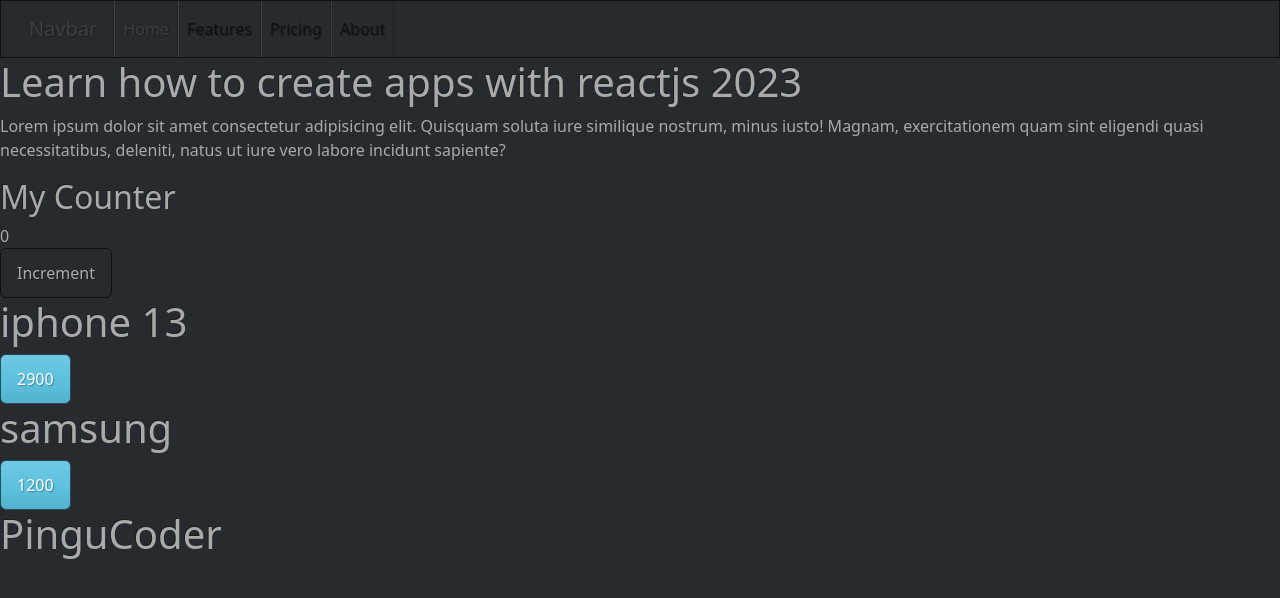
Repository: chanwarichawki/React-BC
Page: /
An editor plug-in stored every save of this project. The page is shown before and after the next save, followed by the edit.
The browser window is 1280 px wide. The pictures show the whole page.
Some web libraries are served in a nearby version. The project was rebuilt for these pictures with package versions that can differ from the ones it lists, and the page was loaded fresh each time. Also part of the build but not shown: vite.config.js.

Above is the page before, as saved 2024-01-15 17:03:33.

### src/App.jsx
// import Article from "./components/Article";
// import Header from "./components/Header";
import NavBar from "./components/NavBar";
import Products from "./components/Products";

function App() {
  return (
    <>
    <NavBar />
    <Products />
    <h1>PinguCoder</h1>
    </>
  )
}

export default App

### src/index.css
@import "/node_modules/bootswatch/dist/slate/bootstrap.min.css"

### src/components/NavBar.jsx

function NavBar() {
  return (
    <nav className="navbar navbar-expand-lg bg-dark" data-bs-theme="dark">
  <div className="container-fluid">
    <a className="navbar-brand" href="dd">Navbar</a>
    <button className="navbar-toggler" type="button" data-bs-toggle="collapse" data-bs-target="#navbarColor02" aria-controls="navbarColor02" aria-expanded="false" aria-label="Toggle navigation">
      <span className="navbar-toggler-icon"></span>
    </button>
    <div className="collapse navbar-collapse" id="navbarColor02">
      <ul className="navbar-nav me-auto">
        <li className="nav-item">
          <a className="nav-link active" href="dd">Home
            <span className="visually-hidden">(current)</span>
          </a>
        </li>
        <li className="nav-item">
          <a className="nav-link" href="dd">Features</a>
        </li>
        <li className="nav-item">
          <a className="nav-link" href="dd">Pricing</a>
        </li>
        <li className="nav-item">
          <a className="nav-link" href="dd">About</a>
        </li>
      </ul>
    </div>
  </div>
</nav>
  )
}

export default NavBar

### src/components/Products.jsx
import Counter from "./Counter";

function Products() {

  let title = "Learn how to create apps with reactjs 2023"
  let showList = true;
  let products = [
    {
      id: 1,
      label: "iphone 13",
      price: 2900
    },
    {
      id: 2,
      label: "samsung",
      price: 1200
    }
  ]
  return (
    <div>
      <h1>{title}</h1>
      <p>Lorem ipsum dolor sit amet consectetur adipisicing elit. Quisquam soluta iure similique nostrum, minus iusto! Magnam, exercitationem quam sint eligendi quasi necessitatibus, deleniti, natus ut iure vero labore incidunt sapiente?</p>

      <Counter />

      {/* {showList ? "show list of product" : "none"} */}

      {showList ? (

        <div>
        {products.map((product, index) => (
          <div key={index}>
            <h1>{product.label}</h1>
            <button className="btn btn-info">{product.price}</button>
          </div>
        ))}
        </div>
      )
      : ("none")
      }

    </div>
  )
}

export default Products

### src/components/Counter.jsx
import { useState } from "react";

function Counter() {

  let [count, setCount]=useState(0)

  const increment = () => {

    setCount((prev) => {
    console.log(prev)
    return setCount(count + 1);
    });
    console.log("salam", count)
  }

  return (
    <>
    <h2>My Counter</h2>
    <div>{count}</div>
    <button onClick={increment} className="btn btn -success">Increment</button>
    </>
  )
}

export default Counter

Loaded but not shown: index.html (common file); src/main.jsx (common file)

After the next save:
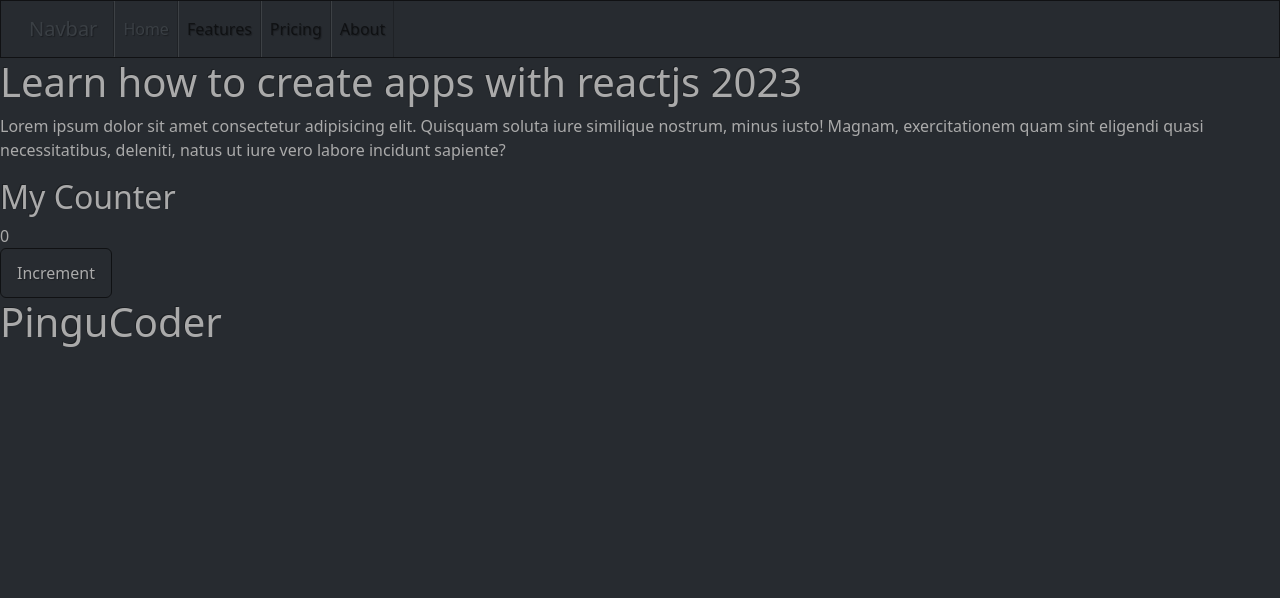
Saved 62 min 7 s later.
--- a/src/components/Products.jsx
+++ b/src/components/Products.jsx
@@ -30,8 +30,7 @@ function Products() {
         <div>
         {products.map((product, index) => (
           <div key={index}>
-            <h1>{product.label}</h1>
-            <button className="btn btn-info">{product.price}</button>
+
           </div>
         ))}
         </div>
